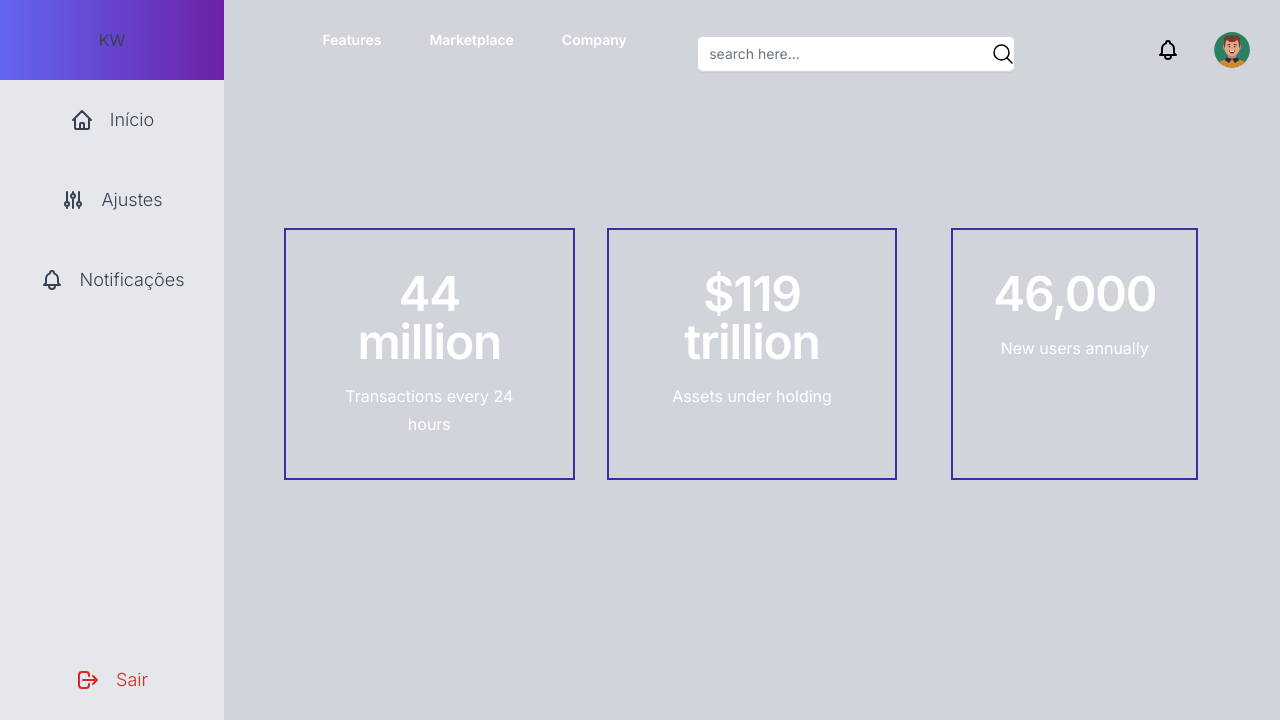
Repository: KennedyWanderson/AdminDashboard
Page: / (app in Code/admindashboard/)
These files come from the project's save history. The page is drawn as it stood at one moment and after the next save; the edit follows.
The browser window is 1280 px wide. The pictures show the whole page.
The project was rebuilt for these pictures with package versions that can differ from the ones it lists, and the page was loaded fresh each time. The framework's server and built-in components were replaced by stand-ins that run in the browser. Also part of the build but not shown: Code/admindashboard/next.config.mjs.

Above is the page before, as saved 2024-06-23 15:35:18.

After the next save:
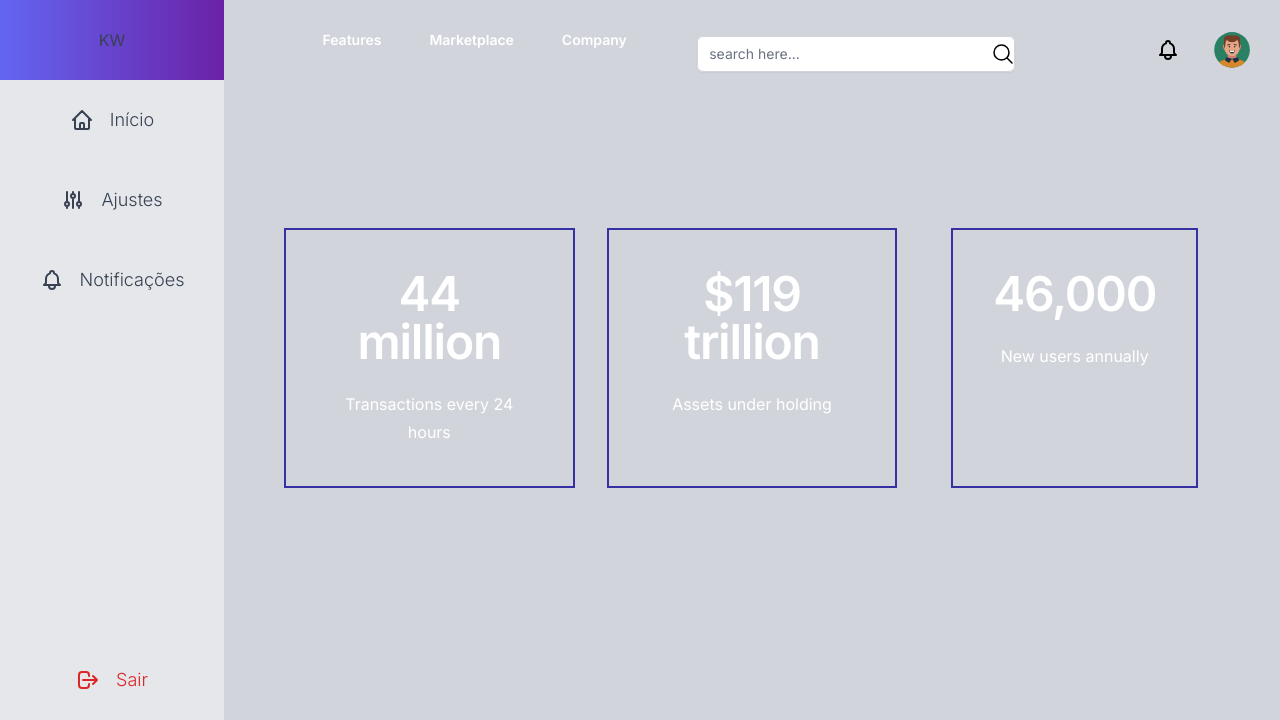
Saved 63 s later.
--- a/Code/admindashboard/src/components/Home.jsx
+++ b/Code/admindashboard/src/components/Home.jsx
@@ -5,15 +5,15 @@
         <div class=" py-24 sm:py-32">
             <div class="mx-auto max-w-7xl px-6 lg:px-8">
                 <dl class="grid grid-cols-1 gap-x-8 gap-y-16 text-center lg:grid-cols-3">
-                    <div class="mx-auto flex max-w-xs flex-col border-2 p-10 border-indigo-800 gap-y-4">
+                    <div class="mx-auto flex max-w-xs flex-col border-2 p-10 border-indigo-800 gap-y-6">
                         <dt class="text-base leading-7 text-white">Transactions every 24 hours</dt>
                         <dd class="order-first text-3xl font-semibold tracking-tight text-white sm:text-5xl">44 million</dd>
                     </div>
-                    <div class="mx-auto flex max-w-xs flex-col border-2 p-10 border-indigo-800 gap-y-4">
+                    <div class="mx-auto flex max-w-xs flex-col border-2 p-10 border-indigo-800 gap-y-6">
                         <dt class="text-base leading-7 text-white">Assets under holding</dt>
                         <dd class="order-first text-3xl font-semibold tracking-tight text-white sm:text-5xl">$119 trillion</dd>
                     </div>
-                    <div class="mx-auto flex max-w-xs flex-col border-2 p-10 border-indigo-800 gap-y-4">
+                    <div class="mx-auto flex max-w-xs flex-col border-2 p-10 border-indigo-800 gap-y-6">
                         <dt class="text-base leading-7 text-white">New users annually</dt>
                         <dd class="order-first text-3xl font-semibold tracking-tight text-white sm:text-5xl">46,000</dd>
                     </div>

After the 2 saves that followed:
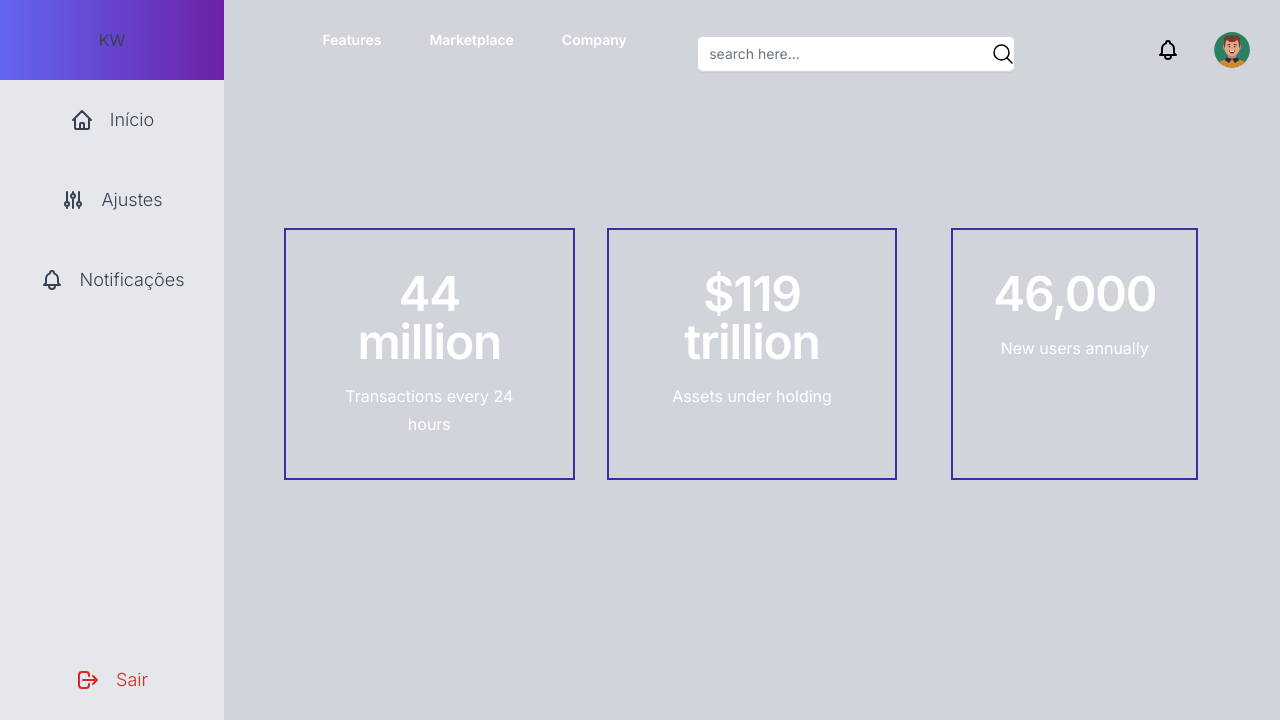
The 2 saves are shown as one change because they came seconds apart.
The last was saved 14 s later.
--- a/Code/admindashboard/src/components/Home.jsx
+++ b/Code/admindashboard/src/components/Home.jsx
@@ -5,15 +5,15 @@
         <div class=" py-24 sm:py-32">
             <div class="mx-auto max-w-7xl px-6 lg:px-8">
                 <dl class="grid grid-cols-1 gap-x-8 gap-y-16 text-center lg:grid-cols-3">
-                    <div class="mx-auto flex max-w-xs flex-col border-2 p-10 border-indigo-800 gap-y-6">
+                    <div class="mx-auto flex max-w-xs flex-col border-2 p-10 border-indigo-800 gap-y-4">
                         <dt class="text-base leading-7 text-white">Transactions every 24 hours</dt>
                         <dd class="order-first text-3xl font-semibold tracking-tight text-white sm:text-5xl">44 million</dd>
                     </div>
-                    <div class="mx-auto flex max-w-xs flex-col border-2 p-10 border-indigo-800 gap-y-6">
+                    <div class="mx-auto flex max-w-xs flex-col border-2 p-10 border-indigo-800 gap-y-4">
                         <dt class="text-base leading-7 text-white">Assets under holding</dt>
                         <dd class="order-first text-3xl font-semibold tracking-tight text-white sm:text-5xl">$119 trillion</dd>
                     </div>
-                    <div class="mx-auto flex max-w-xs flex-col border-2 p-10 border-indigo-800 gap-y-6">
+                    <div class="mx-auto flex max-w-xs flex-col border-2 p-10 border-indigo-800 gap-y-4">
                         <dt class="text-base leading-7 text-white">New users annually</dt>
                         <dd class="order-first text-3xl font-semibold tracking-tight text-white sm:text-5xl">46,000</dd>
                     </div>
